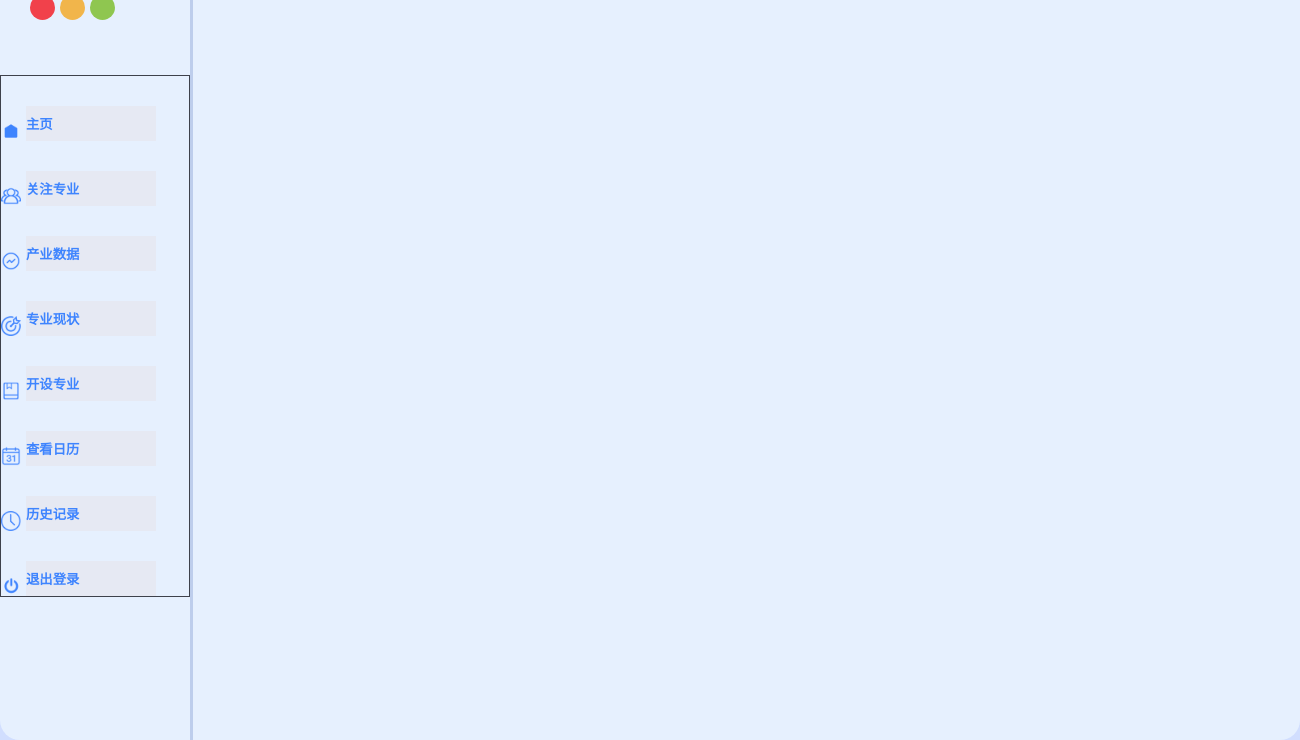
Repository: akaCSDN/test
Page: 2.1主页.html
These files come from the project's save history. The page is drawn as it stood at one moment and after the next save; the edit follows.
The browser window is 1280 px wide. The page is 1300 px wide, so the pictures cover 1300 px, including what lies to the right of the window. The pictures show the whole page.

Above is the page before, as saved 2022-12-02 15:20:19.

After the next save:
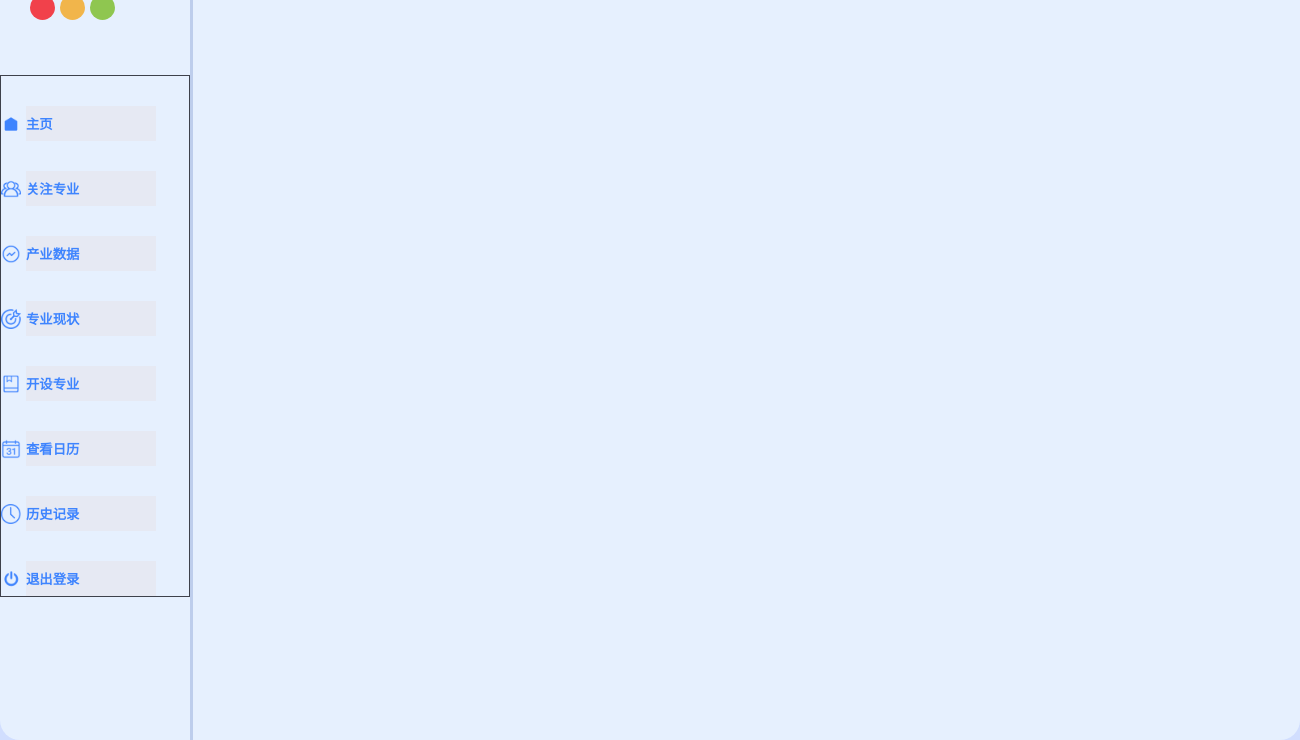
Saved 7 s later.
--- a/2.1主页.html
+++ b/2.1主页.html
@@ -75,7 +75,7 @@
             width: 20px;
             height: 20px;
             position: absolute;
-            margin-top: 45px;
+            margin-top: 38px;
         }
     </style>
 </head>
